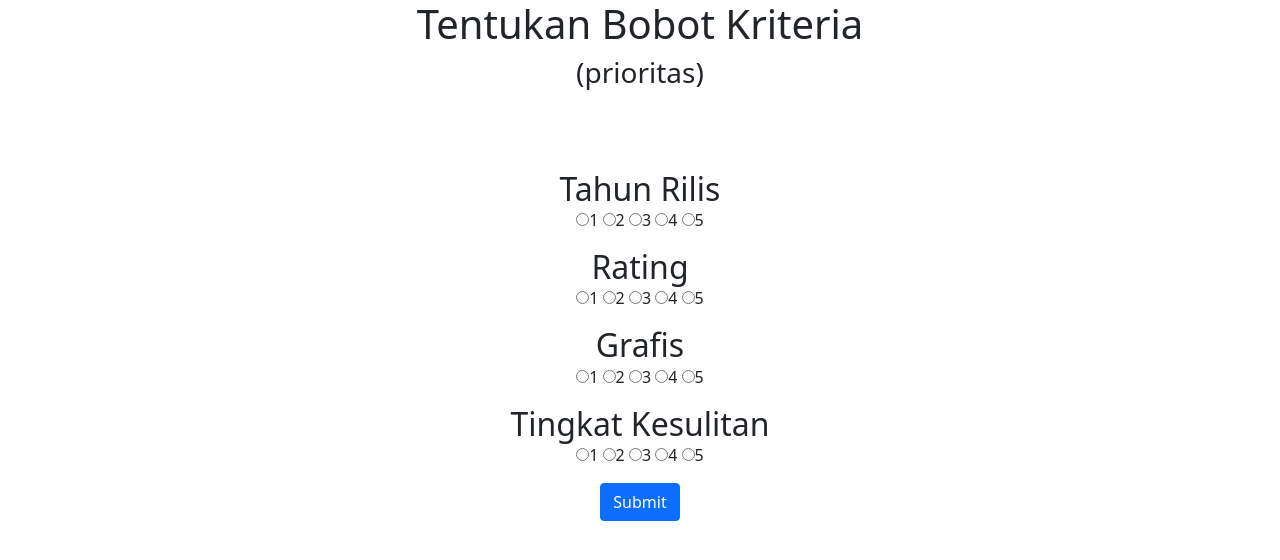
Repository: aqordeon/SPKWP
Page: http://localhost/hitungKriteria.php
The author's editor kept a copy of each file at every save. The page is drawn from the files as they stood at one save, then again after a run of saves.
The browser window is 1280 px wide. The pictures show the whole page.
The page is run by PHP 8.4 with error messages shown; the project is at /var/www/html/. Queries for data that is not in the repository find no rows.

Above is the page before, as saved 2021-01-01 23:23:41.

After the next 2 saves:
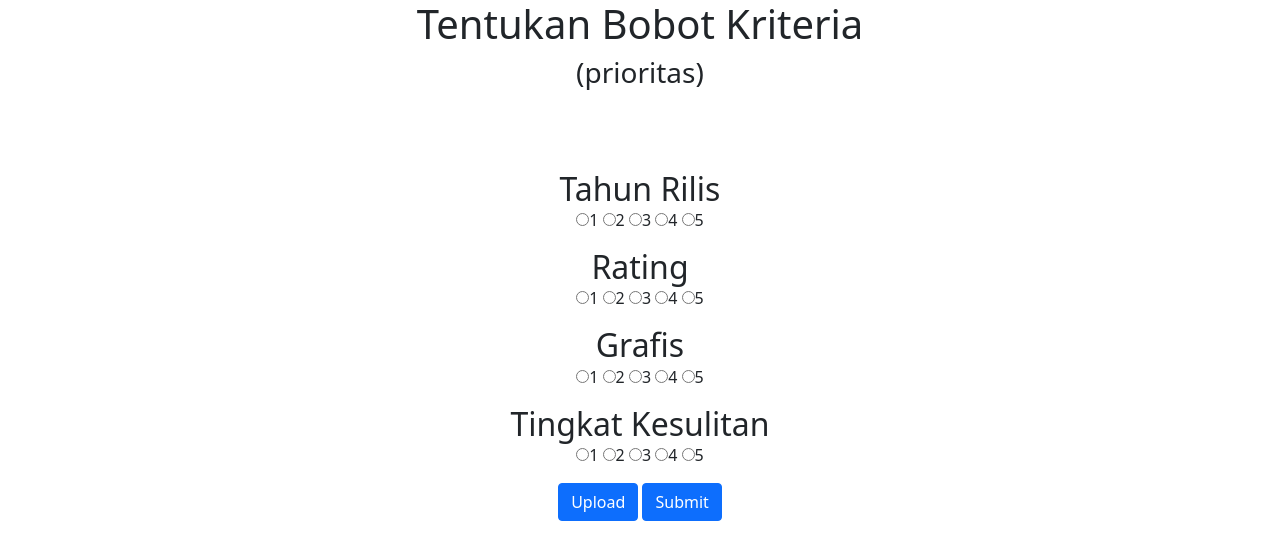
The 2 saves are shown as one change because they came seconds apart.
The last was saved 100 s later.
--- a/hitungKriteria.php
+++ b/hitungKriteria.php
@@ -102,8 +102,12 @@
                         <input type="radio" name="optradio_tingkatkesulitan" value="5">5
                     </label>
                 </form>
+
+
             </div>
-        <a href="hitung_vektor.php" class="btn btn-primary" name='kriteria_submit'>Submit</a>   <!-- mengarah ke hitung_vektor.php -->
+
+            <input type='submit' class="btn btn-primary" value='Upload' name='kriteria_submit'>
+             <a href="hitung_vektor.php" class="btn btn-primary" name='kriteria_submit'>Submit</a>   <!-- mengarah ke hitung_vektor.php -->
 
     </center>
 
